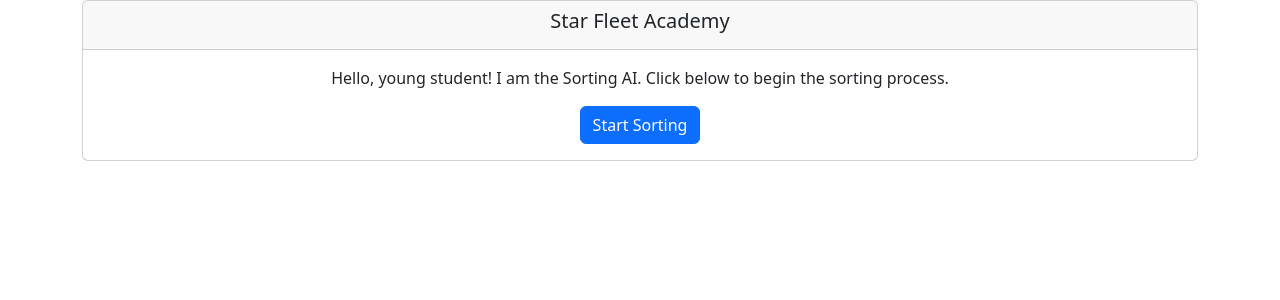
Repository: PaulPatterson48/ASSIGNMENT-StarFleet_academy
Page: index.html
An editor plug-in stored every save of this project. The page is shown before and after the next save, followed by the edit.
The browser window is 1280 px wide. The pictures show the whole page.

Above is the page before, as saved 2023-08-05 11:33:48.

After the next save:
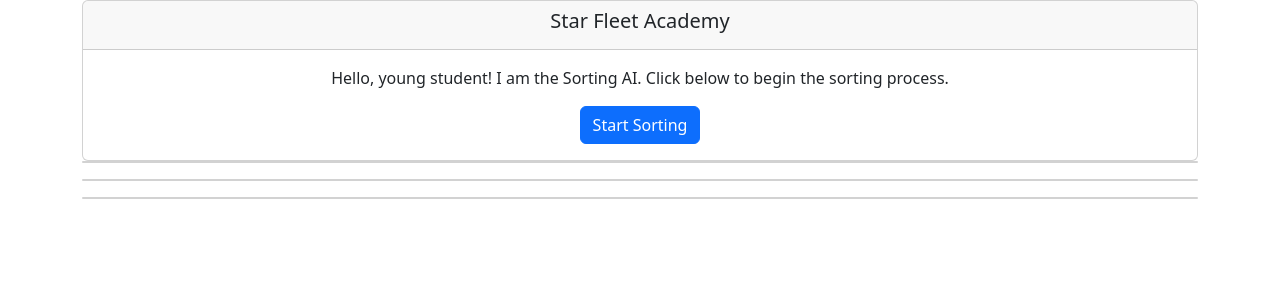
Console error: TypeError: Cannot read properties of null (reading 'addEventListener')
Saved 64 min 32 s later.
--- a/index.html
+++ b/index.html
@@ -25,21 +25,30 @@
       </div>
     </div>
 
-    <div id="sortingForm" class="card text-center d-none">
-      <div class="card-header">
-        <h5>Student Sorting</h5>
+    <div class="container">
+      <!-- Sorting Hat Card -->
+      <div class="card" id="sortingHatCard">
+        <!-- ... Sorting Hat Card content ... -->
       </div>
-      <div class="card-body">
-        <form id="studentForm">
-          <div class="form-group">
-            <label for="studentName">Student Name:</label>
-            <input type="text" class="form-control" id="studentName" required>
-          </div>
 
-          <button id="sortStudentBtn" type="submit" class="btn btn-primary">Sort</button>
-        </form>
+      <!-- Student Sorting Form (Hidden by default) -->
+      <div class="card mt-3" id="sortingFormCard" style="display: none;">
+        <!-- ... Sorting Form Card content ... -->
+      </div>
+
+      <!-- Sorted Students Card (Generated dynamically) -->
+      <div class="card mt-3" id="sortedStudentsCard">
+        <!-- ... Sorted Students Card content ... -->
+        <div id="sortedStudentsList"></div>
+      </div>
+
+      <!-- New Klingon Warrior(Generated dynamically) -->
+      <div class="card mt-3" id="expelledStudentsCard">
+        <!-- ... Expelled Students Card content ... -->
+        <div id="expelledStudentsList"></div>
       </div>
     </div>
+
 
     <div id="sortedStudents" class="mt-4"></div>
     <script src="https://cdn.jsdelivr.net/npm/bootstrap@5.1.3/dist/js/bootstrap.bundle.min.js" integrity="sha384-ka7Sk0Gln4gmtz2MlQnikT1wXgYsOg+OMhuP+IlRH9sENBO0LRn5q+8nbTov4+1p" crossorigin="anonymous"></script>
